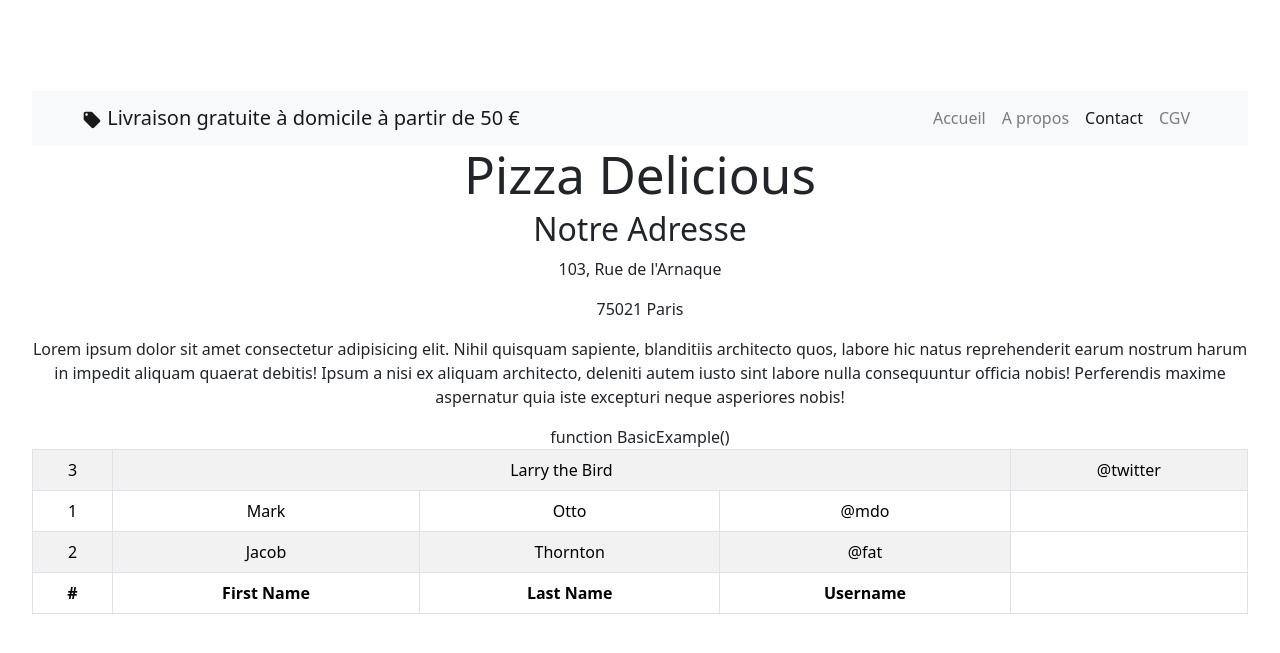
Repository: IchibanDZ/afpadev
Page: /contact (app in Desktop/dev/Pizza/)
These files come from the project's save history. The page is drawn as it stood at one moment and after the next save; the edit follows.
The browser window is 1280 px wide. The pictures show the whole page.
The project was rebuilt for these pictures with package versions that can differ from the ones it lists, and the page was loaded fresh each time. Also part of the build but not shown: Desktop/dev/Pizza/vite.config.js, Desktop/dev/Pizza/src/components/header/header.css, Desktop/dev/Pizza/src/components/home/home.css, Desktop/dev/Pizza/src/components/about/About.css, Desktop/dev/Pizza/app_pizzeria/pizza-data.js, Desktop/dev/Pizza/src/components/about/About.jsx, Desktop/dev/Pizza/src/components/home/Home.jsx, Desktop/dev/Pizza/src/components/Apropos/Apropos.jsx and 1 more.

Above is the page before, as saved 2024-08-22 11:03:36.

After the next save:
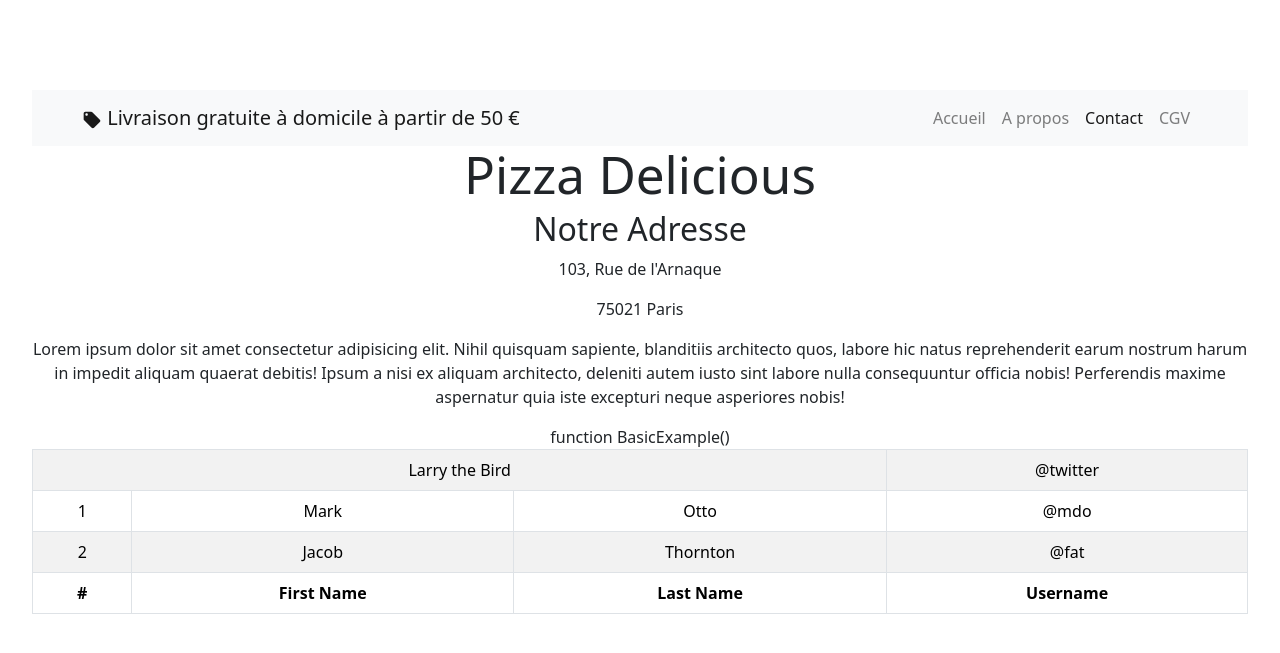
Saved 8 s later.
--- a/Desktop/dev/Pizza/src/components/contact/Contact.jsx
+++ b/Desktop/dev/Pizza/src/components/contact/Contact.jsx
@@ -17,7 +17,7 @@ const Contact = () => {
       </thead>
       <tbody>
       <tr>
-          <td>3</td>
+
           <td colSpan={3
           }>Larry the Bird</td>
           <td>@twitter</td>
